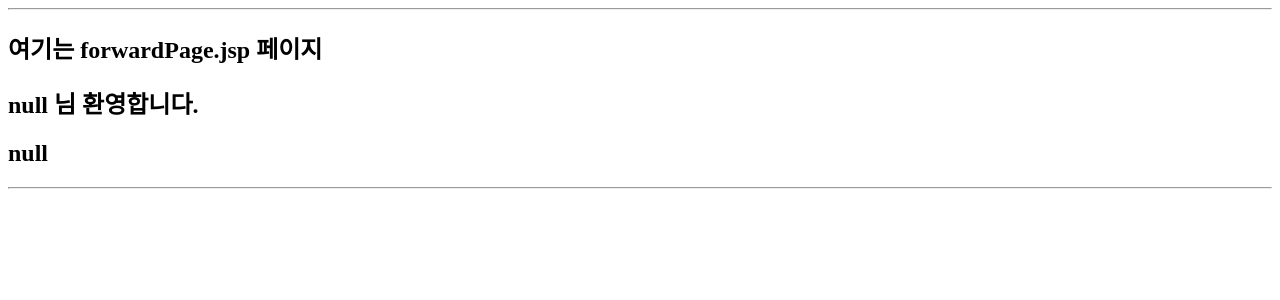
Repository: LTaeHoon/javajsp_ncs
Page: http://localhost/chap03_ActionTag/actionTag/forward/forwardPage.jsp
An editor plug-in stored every save of this project. The page is shown before and after the next save, followed by the edit.
The browser window is 1280 px wide. The pictures show the whole page.
The page is served by Tomcat 9.

Above is the page before, as saved 2017-01-17 01:54:49.

After the next save:
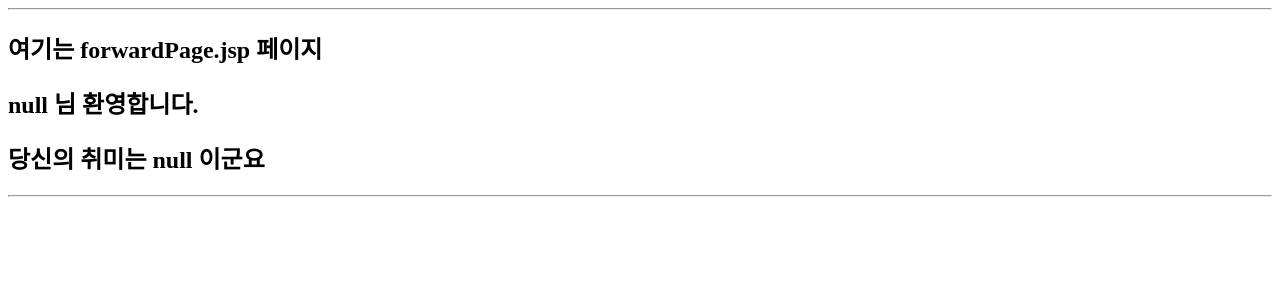
Saved 19 s later.
--- a/chap03_ActionTag/WebContent/actionTag/forward/forwardPage.jsp
+++ b/chap03_ActionTag/WebContent/actionTag/forward/forwardPage.jsp
@@ -10,5 +10,5 @@
 %>
 
 <h2><%=id%> 님 환영합니다.</h2>
-<h2><%=hobby %></h2>
+<h2>당신의 취미는 <%=hobby %> 이군요</h2>
 <hr>
